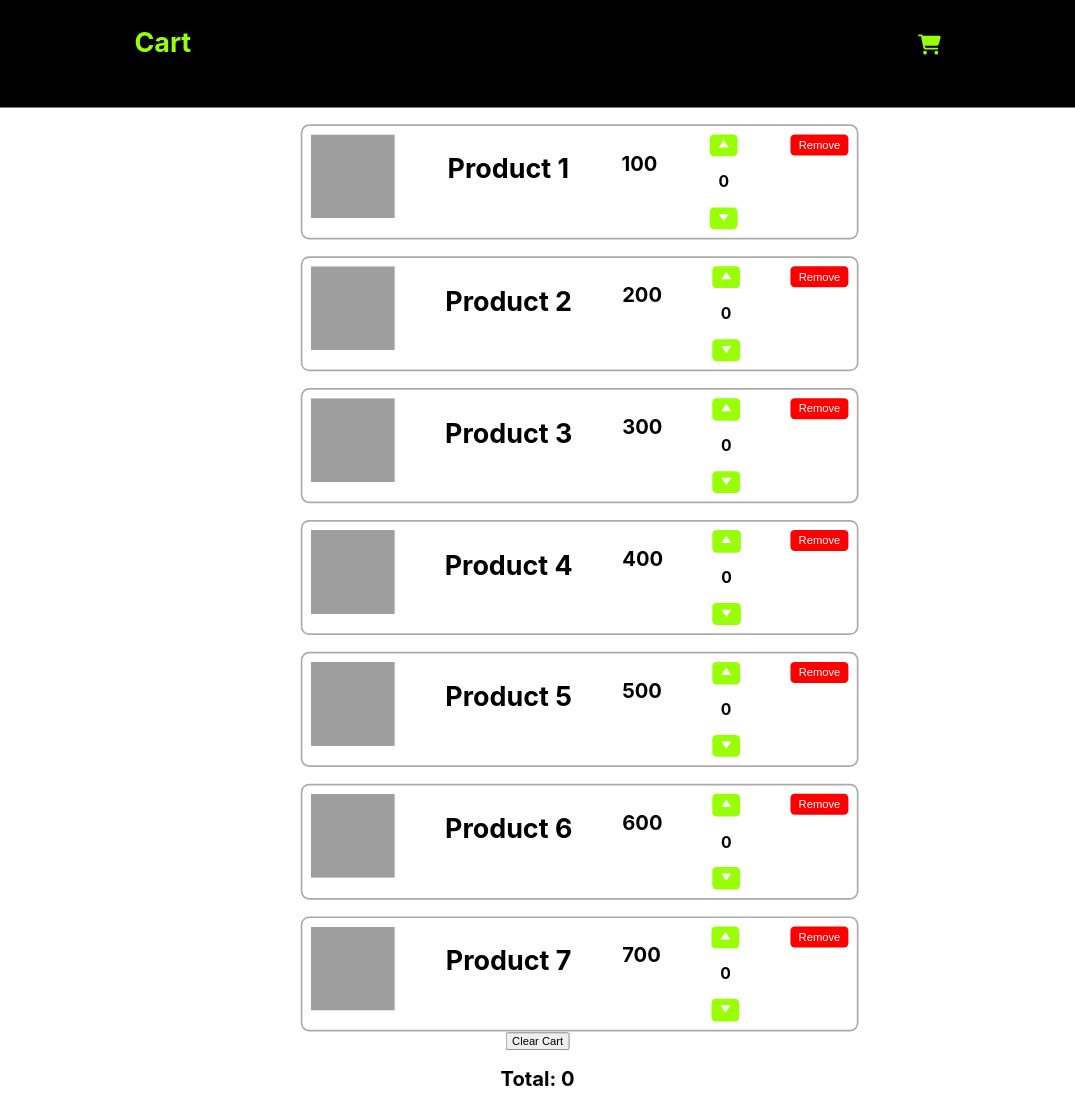
Repository: sriram1224/Cart-react-app
Page: /
The author's editor kept a copy of each file at every save. The page is drawn from the files as they stood at one save, then again after the next save.
The browser window is 1280 px wide. The pictures show the whole page, at 84% of full size.
Pictures or frames that could not be fetched are drawn as grey boxes. The project was rebuilt for these pictures with package versions that can differ from the ones it lists, and the page was loaded fresh each time.

Above is the page before, as saved 2024-03-12 22:09:58.

After the next save:
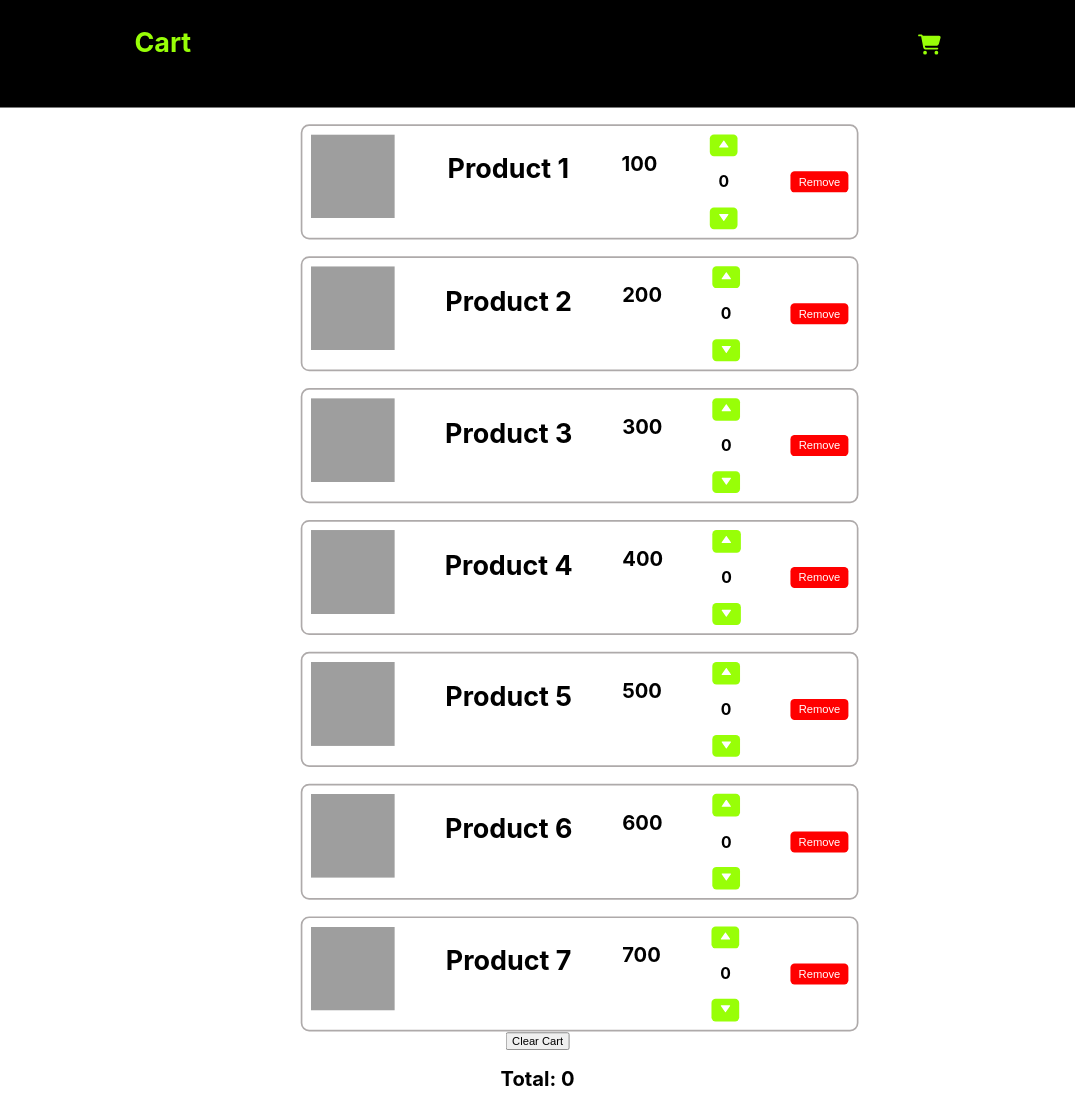
Saved 18 s later.
--- a/src/Components/cart.css
+++ b/src/Components/cart.css
@@ -17,7 +17,8 @@
     height: 100px;
 }
 .rm-button{
-    align-items : center;
+    display: flex;
+    align-items: center;
 }
 .rm-button button{
 
